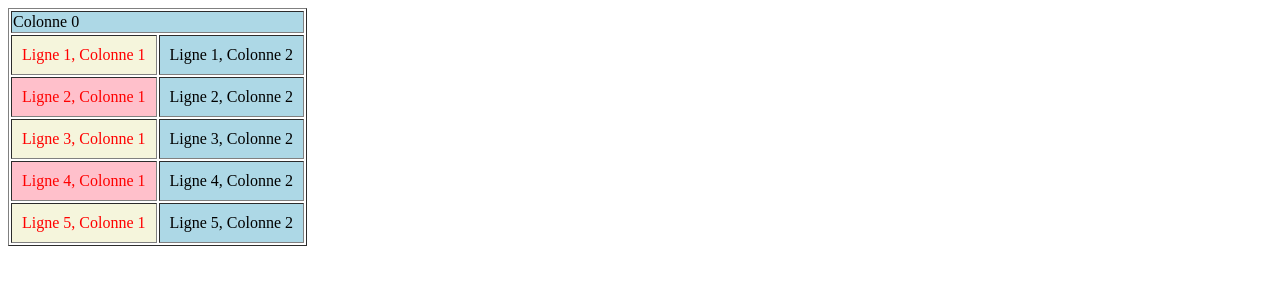
Repository: Chaimaa482/web-tp4
Page: ex1.html
An editor plug-in stored every save of this project. The page is shown before and after the next save, followed by the edit.
The browser window is 1280 px wide. The pictures show the whole page.

Above is the page before, as saved 2023-10-22 15:55:17.

After the next save:
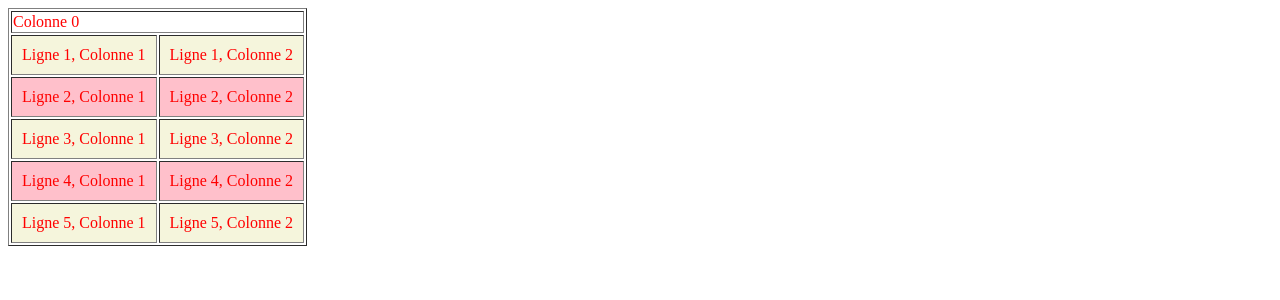
Saved 13 s later.
--- a/ex1.html
+++ b/ex1.html
@@ -4,7 +4,7 @@
 </head>
 <style>
     .col1 {
-        background-color: lightblue;
+        color: red;
     }
     .col2 {
         color: red;
